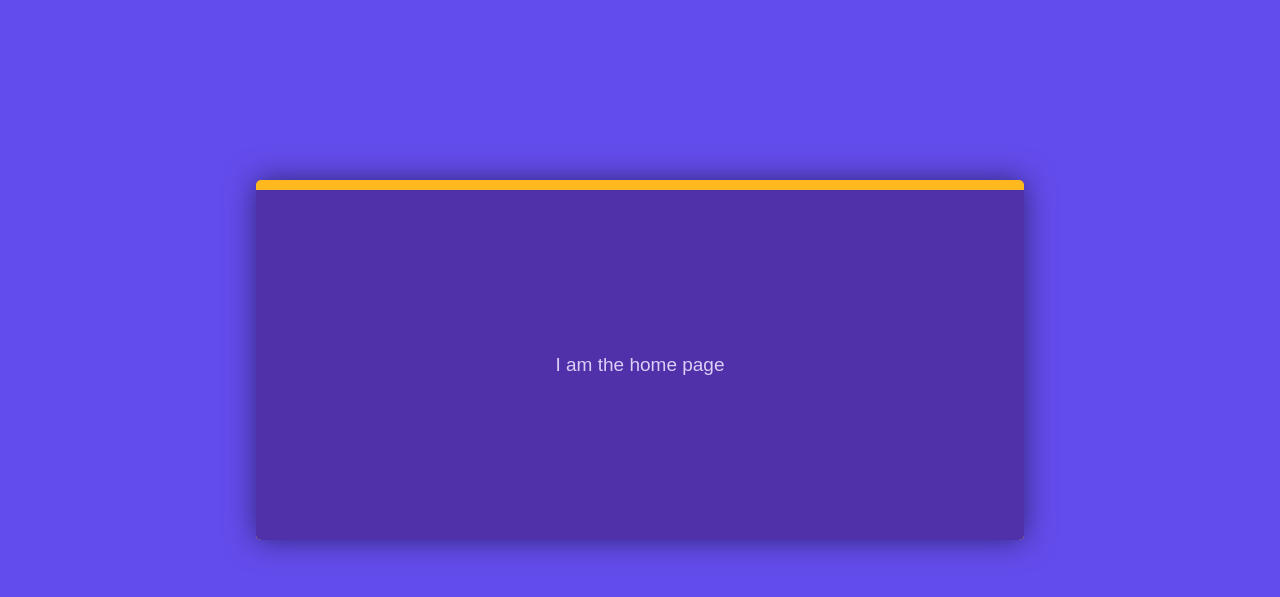
Repository: realistmccoy/browsertab
Page: /
An editor plug-in stored every save of this project. The page is shown before and after the next save, followed by the edit.
The browser window is 1280 px wide. The pictures show the whole page.
The project was rebuilt for these pictures with package versions that can differ from the ones it lists, and the page was loaded fresh each time.

Above is the page before, as saved 2020-12-21 20:23:50.

After the next save:
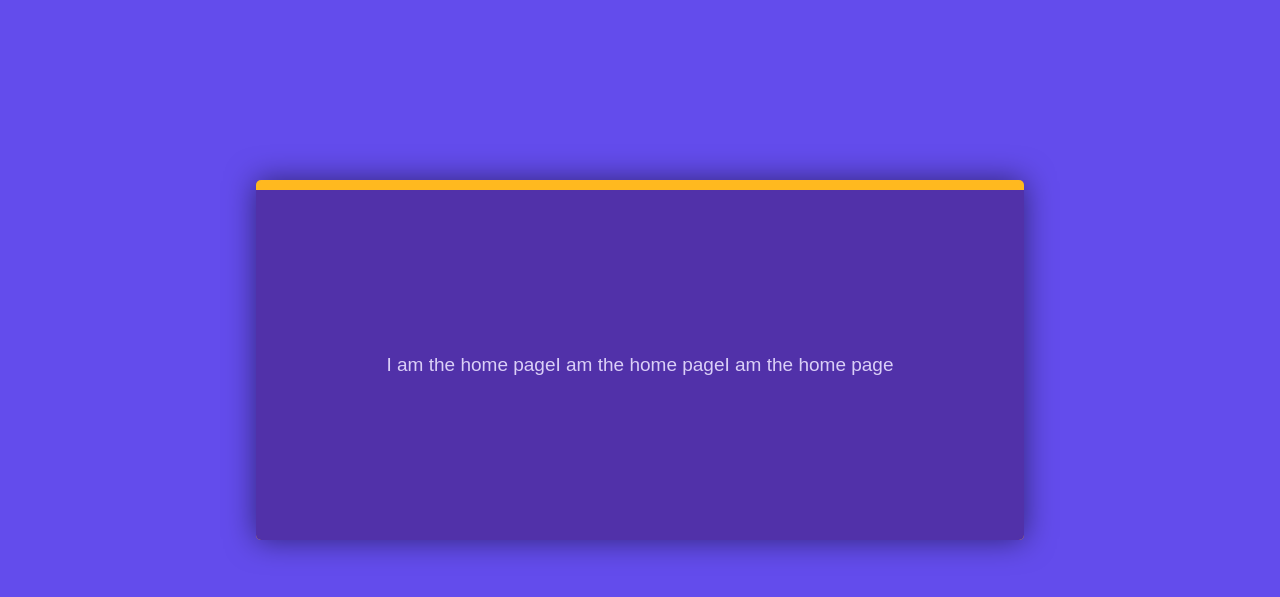
Saved 8 s later.
--- a/src/App.js
+++ b/src/App.js
@@ -16,6 +16,12 @@
           <Route path='/'>
           <Home />
           </Route>
+          <Route path='/'>
+          <Home />
+          </Route>
+          <Route path='/'>
+          <Home />
+          </Route>
           </div>
 				</div>
 			</div>
